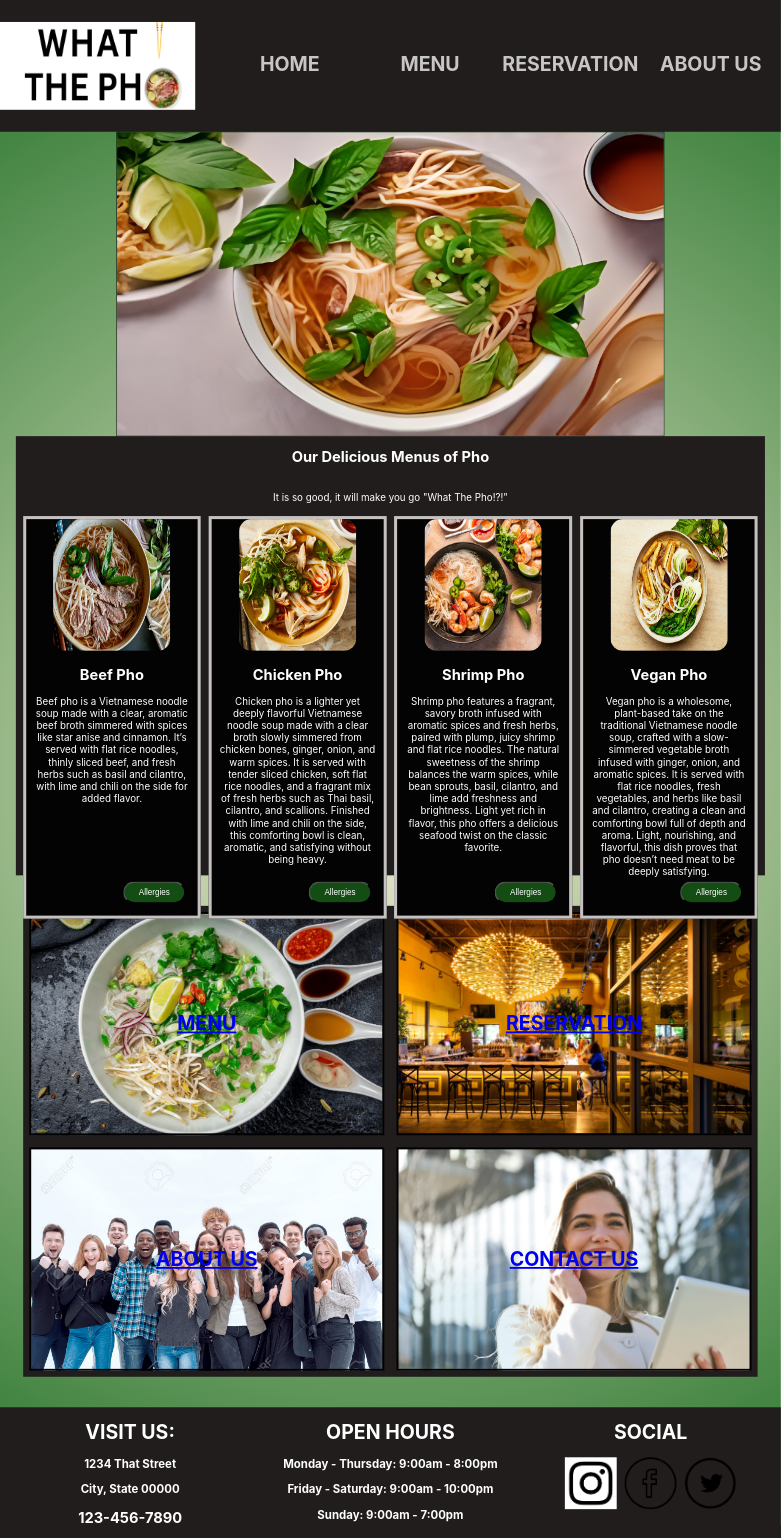
Repository: NguyenkhDang/Restaurant-Website
Page: /
The author's editor kept a copy of each file at every save. The page is drawn from the files as they stood at one save, then again after the next save.
The browser window is 1280 px wide. The pictures show the whole page, at 61% of full size.
The project was rebuilt for these pictures with package versions that can differ from the ones it lists, and the page was loaded fresh each time. Also part of the build but not shown: src/Pages/MenuPage.js, src/CSS/ReservationForm.css, src/ReservationForm.js, src/Pages/ReservationPage.js, src/CSS/AboutUs.css, src/Pages/AboutUsPage.js, src/CSS/ContactUs.css, src/Pages/ContactUsPage.js.

Above is the page before, as saved 2026-01-18 22:33:24.

After the next save:
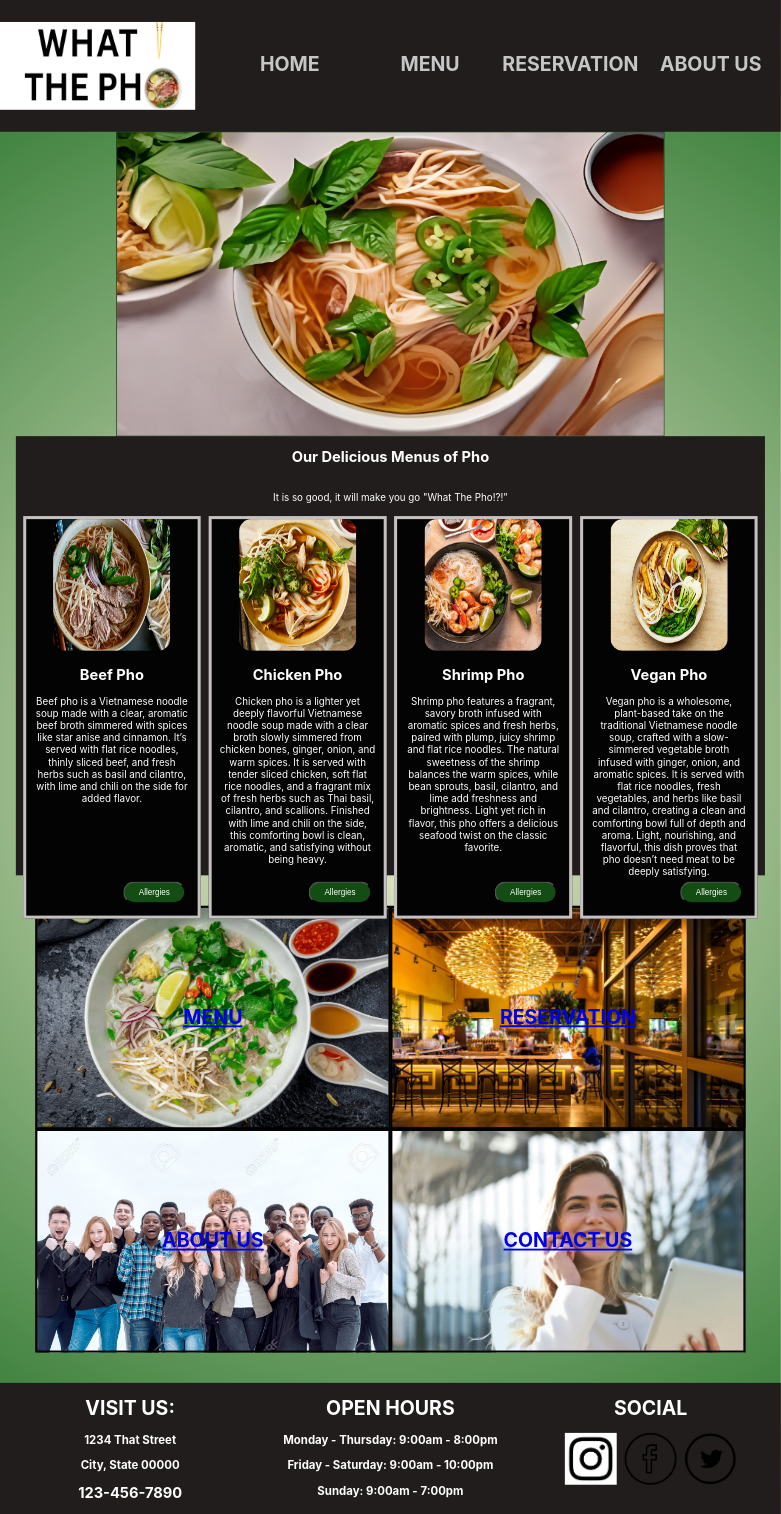
Saved 119 s later.
--- a/src/CSS/SectionContainer.css
+++ b/src/CSS/SectionContainer.css
@@ -14,7 +14,7 @@
   text-align: center;
   width: 45vw;
   height: 50vh;
-  margin: 10px;
+
 
   background-size: cover;
   background-position: center;

After the save that followed:
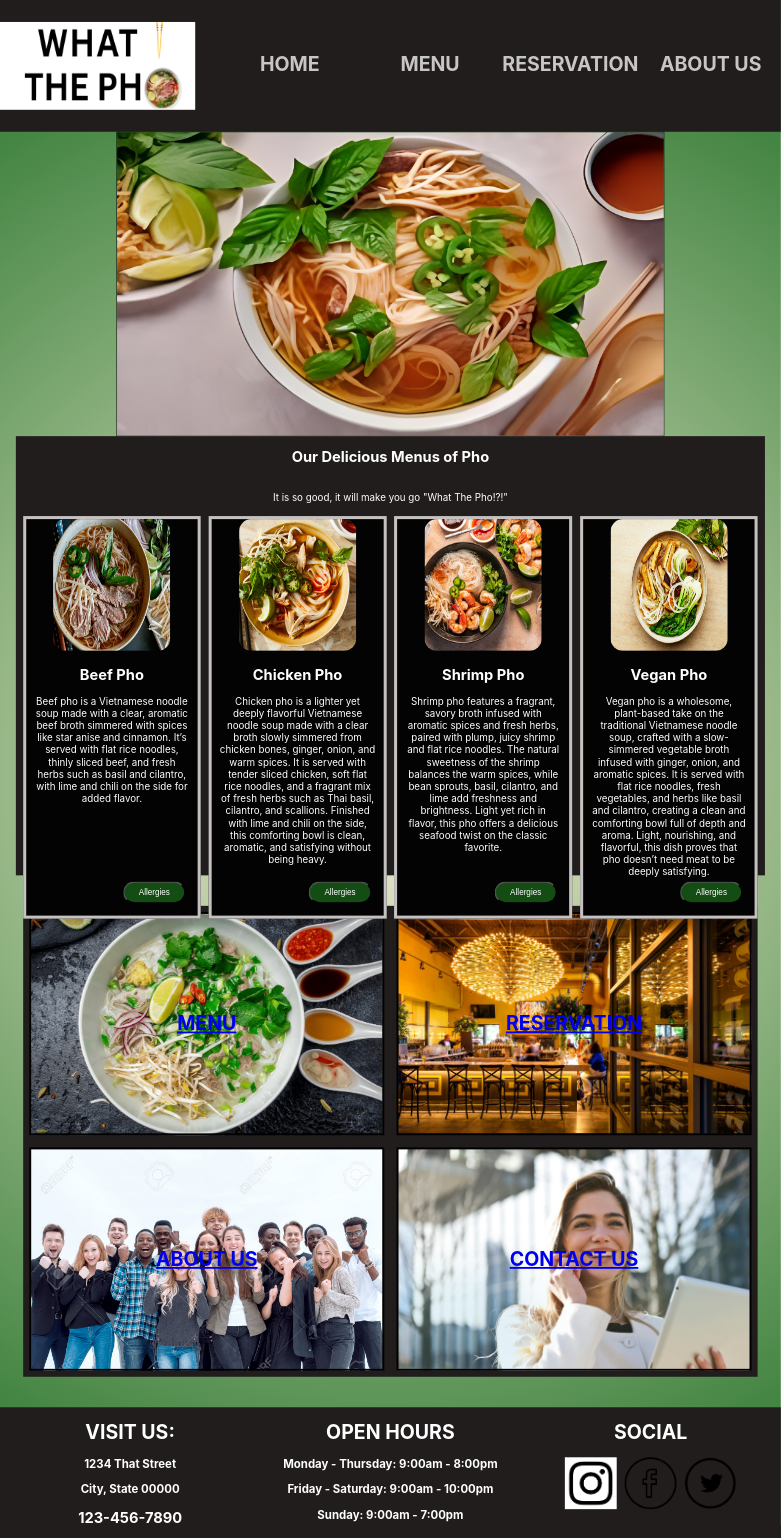
Saved 16 s later.
--- a/src/CSS/SectionContainer.css
+++ b/src/CSS/SectionContainer.css
@@ -14,7 +14,7 @@
   text-align: center;
   width: 45vw;
   height: 50vh;
-
+  margin: 10px;
 
   background-size: cover;
   background-position: center;
